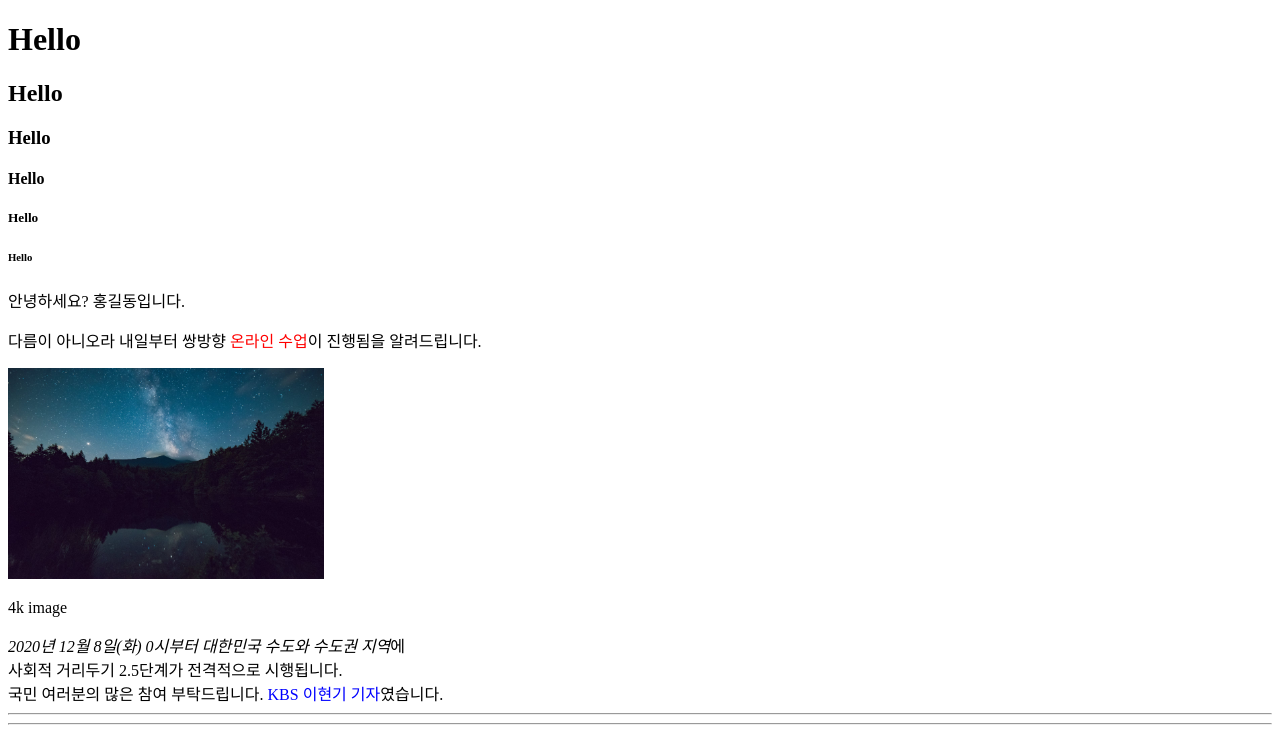
Repository: woneeseo/javastudy
Page: htmlStudy/workspace_html/HelloWorld/WebContent/f.html
The author's editor kept a copy of each file at every save. The page is drawn from the files as they stood at one save, then again after the next save.
The browser window is 1280 px wide. The pictures show the whole page.

Above is the page before, as saved 2020-12-07 05:08:19.

After the next save:
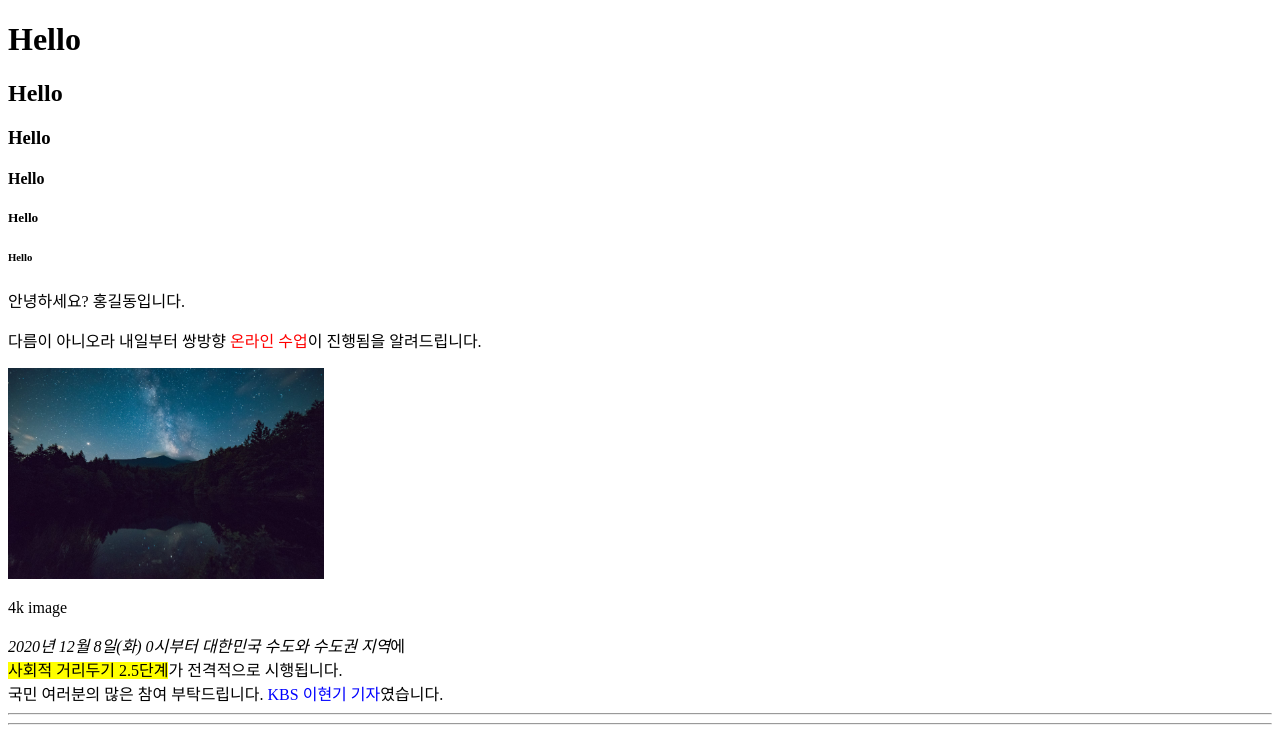
Saved 2 min 3 s later.
--- a/htmlStudy/workspace_html/HelloWorld/WebContent/f.html
+++ b/htmlStudy/workspace_html/HelloWorld/WebContent/f.html
@@ -48,7 +48,7 @@
 	<article>
 	<!-- section / article : 시멘틱 태그 (의미가 있는 태그명) -->
 		<i>2020년 12월 8일(화) 0시부터</i> <em>대한민국 수도와 수도권 지역</em>에 <br>
-		사회적 거리두기 2.5단계가 전격적으로 시행됩니다. <br>
+		<mark>사회적 거리두기 2.5단계</mark>가 전격적으로 시행됩니다. <br>
 		국민 여러분의 많은 참여 부탁드립니다. <span style="color: blue">KBS 이현기 기자</span>였습니다.
 		<!-- i태그 : 이탤릭체 / em태그 : 강조하기 위해서 기울여 쓸 때(기울임체 emphasis) -->
 		<!-- 결과는 똑같지만 em태그는 시각장애인용 시스템에서 강조해서 읽어들여지는 기능을 함 -->
@@ -57,6 +57,8 @@
 
 <hr>
 <hr>
+<!-- 웹 페이지에 가로줄 넣기 : horizontal tag -->
+<!-- 보통 css에서 div에서 아랫줄만 표시 해 가로줄 넣는 것이 일반적임 -->
 
 
 
